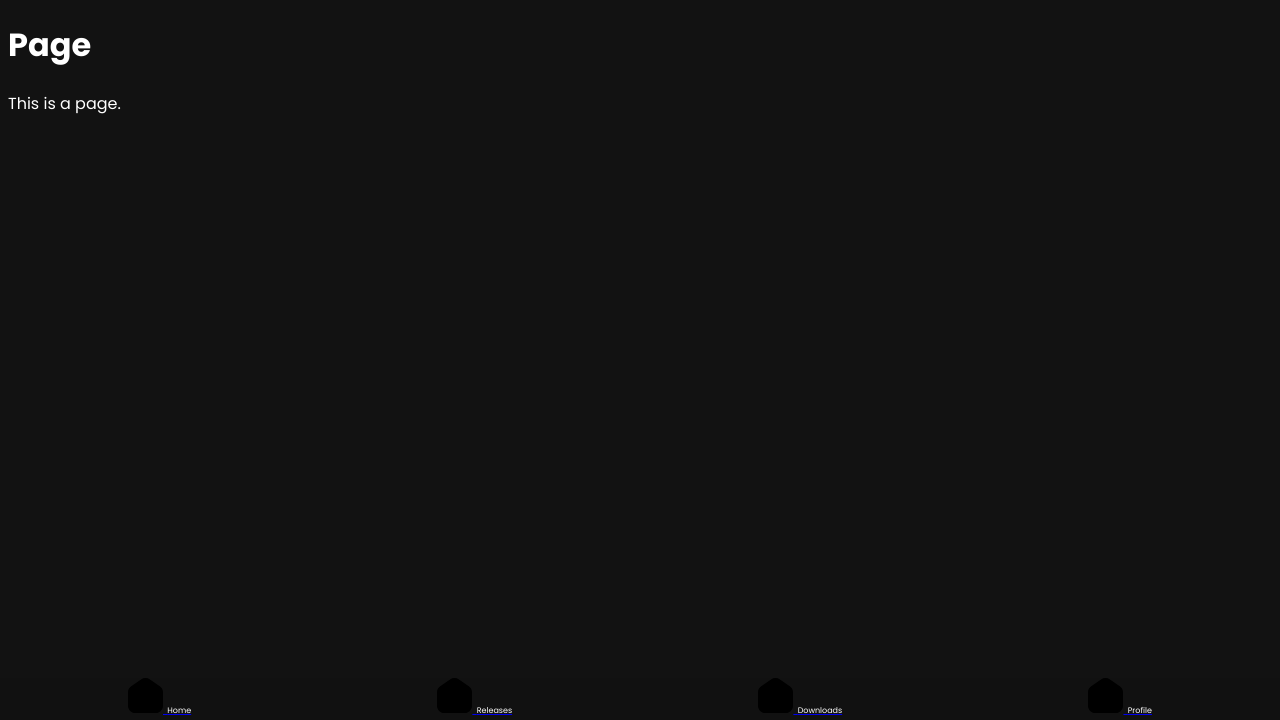
Repository: NubbDev/anime-frontend
Page: /
The author's editor kept a copy of each file at every save. The page is drawn from the files as they stood at one save, then again after the next save.
The browser window is 1280 px wide. The pictures show the whole page.
The project was rebuilt for these pictures with package versions that can differ from the ones it lists, and the page was loaded fresh each time. The framework's server and built-in components were replaced by stand-ins that run in the browser. Also part of the build but not shown: svelte.config.js, vite.config.js.

Above is the page before, as saved 2024-08-08 01:32:52.

After the next save:
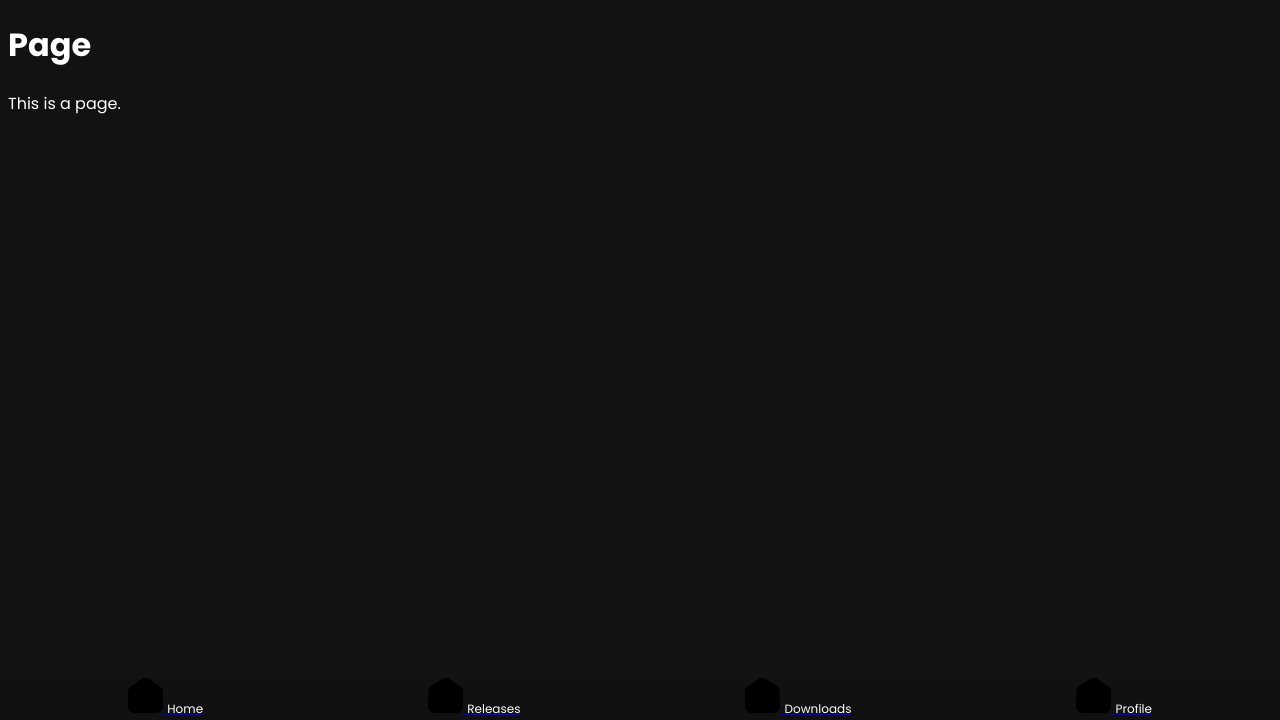
Saved 5 s later.
--- a/src/components/navigation/NavBar.svelte
+++ b/src/components/navigation/NavBar.svelte
@@ -73,7 +73,7 @@
     }
     nav a span {
         color: white;
-        font-size: 0.5rem;
+        font-size: 0.75rem;
         text-decoration: none;
     }
 </style>
